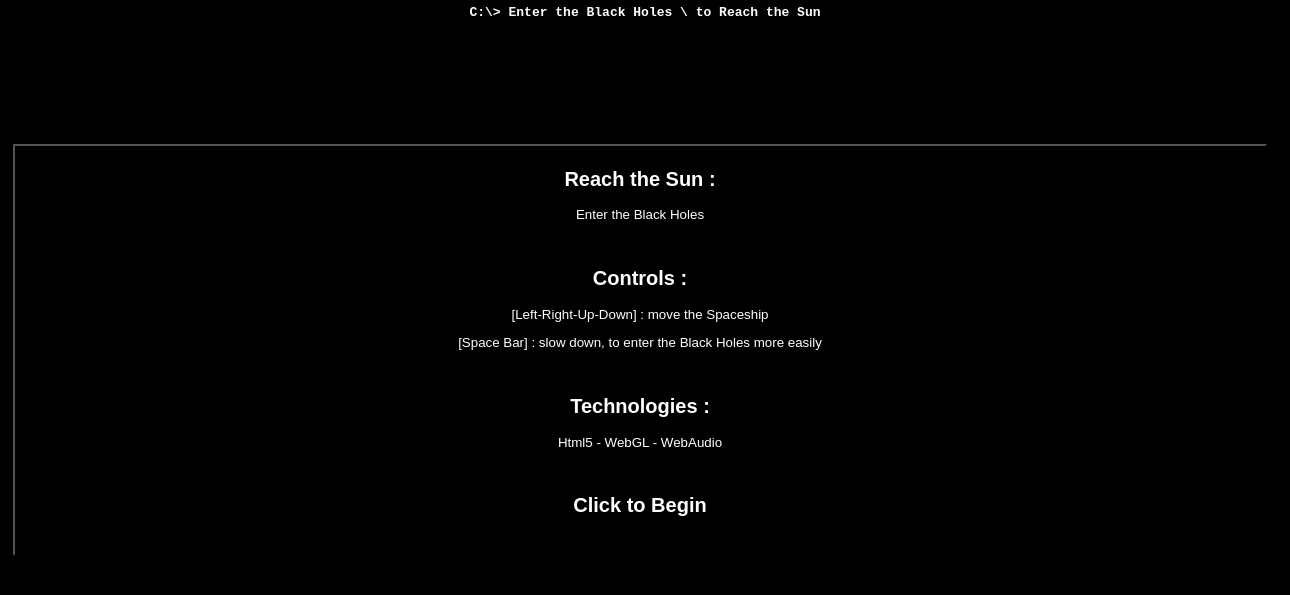
Repository: SwannLV/reach-the-sun
Page: Index.html
The author's editor kept a record of every edit. The page is drawn from the files as they stood at one moment, then again after the next edit.
The browser window is 1280 px wide. The page is 1290 px wide, so the pictures cover 1290 px, including what lies to the right of the window. The pictures show the whole page.
Some web libraries are served in a nearby version.

Above is the page before.
Console error: ReferenceError: THREE is not defined

### Index.html
<!DOCTYPE html>
<html lang="en">

    <head>
        <title>SwannLV</title>
        <meta charset="utf-8">
        <meta name="viewport" content="width=device-width, user-scalable=no, minimum-scale=1.0, maximum-scale=1.0">
        <style>
            body {
                color: #ffffff;
                font-family:Monospace;
                font-size:13px;
                text-align:center;
                font-weight: bold;
                background-color: #000000;
                margin: 0px;
                overflow: hidden;
            }
            #info {
                position: absolute;
                top: 0px;
                width: 100%;
                padding: 5px;
            }
            #start {
                position: absolute;
                top: 20%;
                left: 1%;
                width: 98%;
                padding: 5px;
            }
            #end {
                position: absolute;
                top: 50%;
                left: 0%;
                width: 100%;
                height: 20%;
                padding: 5px;
                display: none;
            }
            #infoMusic {
                position: absolute;
                bottom: 0px;
                right: 5px;
                padding: 5px;
            }
            #ongoing
            {
                position: absolute;
                top: 0px;
                right: 5px;
                padding: 5px;
                color: #ff0000;
            }
            a {
                color: #ffffff;
            }
        </style>
        <script type="text/javascript">
          var _gaq = _gaq || [];
          _gaq.push(['_setAccount', 'UA-36066678-1']);
          _gaq.push(['_trackPageview']);
          (function() {
            var ga = document.createElement('script'); ga.type = 'text/javascript'; ga.async = true;
            ga.src = ('https:' == document.location.protocol ? 'https://ssl' : 'http://www') + '.google-analytics.com/ga.js';
            var s = document.getElementsByTagName('script')[0]; s.parentNode.insertBefore(ga, s);
          })();
        </script>
        <script src="//ajax.googleapis.com/ajax/libs/jquery/1.8.3/jquery.min.js"></script>
    </head>

    <body>
        <div id="container"></div>
        <div id="info">
            C:\> Enter the Black Holes \ to Reach the Sun
        </div>

        <button id="start" style="background-color:black; color:white;">
            <h2>Reach the Sun :</h2>
            <p>Enter the Black Holes</p><br/>
            <h2>Controls :</h2>
            <p>[Left-Right-Up-Down] : move the Spaceship</p>
            <p>[Space Bar] : slow down, to enter the Black Holes more easily</p><br/>
            <h2>Technologies :</h2>
            <p>Html5 - WebGL - WebAudio</p><br/>
            <h2>Click to Begin</h2>
            <br/>
        </button>
        <button id="end" style="background-color:black; color:white;">C:\> GAME OVER</button>

        <!--<div id="ongoing">-->
        <!--    <h3>Ongoing project</h3>-->
        <!--</div>-->
        <!--<div id="infoMusic">-->
        <!--    Music | Boris Banzo-->
        <!--</div>-->


        <script src="libs/three.min.js"></script>
        <script src='libs/THREEx.KeyboardState.js'></script>
        <script src="libs/shaders/ConvolutionShader.js"></script>
        <script src="libs/shaders/CopyShader.js"></script>
        <script src="libs/shaders/FilmShader.js"></script>
        <script src="libs/postprocessing/EffectComposer.js"></script>
        <script src="libs/postprocessing/ShaderPass.js"></script>
        <script src="libs/postprocessing/MaskPass.js"></script>
        <script src="libs/postprocessing/RenderPass.js"></script>
        <script src="libs/postprocessing/BloomPass.js"></script>
        <script src="libs/postprocessing/FilmPass.js"></script>
        <script src="libs/ImprovedNoise.js"></script>
        <script src="libs/Visualiser.js"></script>
        <script src="libs/Detector.js"></script>
        <script src="libs/stats.min.js"></script>
        <script src="libs/buffer-loader.js"></script>

        <script id="sunFragmentShader" type="x-shader/x-fragment">
            uniform float time;
            uniform vec2 resolution;
            uniform float fogDensity;
            uniform vec3 fogColor;
            uniform sampler2D texture1;
            uniform sampler2D texture2;
            varying vec2 vUv;

            void main(void) {
                vec2 position = -1.0 + 2.0 * vUv;
                vec4 noise = texture2D(texture1, vUv);
                vec2 T1 = vUv + vec2(1.5, - 1.5) * time * 0.02;
                vec2 T2 = vUv + vec2(-0.5, 2.0) * time * 0.01;

                T1.x += noise.x * 2.0;
                T1.y += noise.y * 2.0;
                T2.x -= noise.y * 0.2;
                T2.y += noise.z * 0.2;
                float p = texture2D(texture1, T1 * 2.0).a;
                vec4 color = texture2D(texture2, T2 * 2.0);
                vec4 temp = color * (vec4(p, p, p, p) * 2.0) + (color * color - 0.1);
                if (temp.r > 1.0) {
                    temp.bg += clamp(temp.r - 2.0, 0.0, 100.0);
                }
                if (temp.g > 1.0) {
                    temp.rb += temp.g - 1.0;
                }
                if (temp.b > 1.0) {
                    temp.rg += temp.b - 1.0;
                }
                gl_FragColor = temp;
                float depth = gl_FragCoord.z / gl_FragCoord.w;
                const float LOG2 = 1.442695;
                float fogFactor = exp2(-fogDensity * fogDensity * depth * depth * LOG2);
                fogFactor = 0.001; //1.0 - clamp( fogFactor, 0.0, 1.0 );
                gl_FragColor = mix(gl_FragColor, vec4(fogColor, gl_FragColor.w), fogFactor);
            }
        </script>

        <script id="sunVertexShader" type="x-shader/x-vertex">
            uniform vec2 uvScale;
            varying vec2 vUv;

            void main() {
                vUv = uvScale * uv;
                vec4 mvPosition = modelViewMatrix * vec4(position, 1.0);
                gl_Position = projectionMatrix * mvPosition;
            }
        </script>

        <script src="Game.js"></script>
    </body>

</html>

### libs/postprocessing/EffectComposer.js
/**
 * @author alteredq / http://alteredqualia.com/
 */

THREE.EffectComposer = function ( renderer, renderTarget ) {

    this.renderer = renderer;

	this.renderTarget1 = renderTarget;

	if ( this.renderTarget1 === undefined ) {

		var width = window.innerWidth || 1;
		var height = window.innerHeight || 1;

		this.renderTargetParameters = { minFilter: THREE.LinearFilter, magFilter: THREE.LinearFilter, format: THREE.RGBFormat, stencilBuffer: false };
		this.renderTarget1 = new THREE.WebGLRenderTarget( width, height, this.renderTargetParameters );

	}

	this.renderTarget2 = this.renderTarget1.clone();

	this.writeBuffer = this.renderTarget1;
	this.readBuffer = this.renderTarget2;

	this.passes = [];

	if ( THREE.CopyShader === undefined )
		console.error( "THREE.EffectComposer relies on THREE.CopyShader" );

	this.copyPass = new THREE.ShaderPass( THREE.CopyShader );

};

THREE.EffectComposer.prototype = {

	swapBuffers: function() {

		var tmp = this.readBuffer;
		this.readBuffer = this.writeBuffer;
		this.writeBuffer = tmp;

	},

	addPass: function ( pass ) {

		this.passes.push( pass );

	},

	render: function ( delta ) {

		this.writeBuffer = this.renderTarget1;
		this.readBuffer = this.renderTarget2;

		var maskActive = false;

		var pass, i, il = this.passes.length;

		for ( i = 0; i < il; i ++ ) {

			pass = this.passes[ i ];

			if ( !pass.enabled ) continue;

			pass.render( this.renderer, this.writeBuffer, this.readBuffer, delta, maskActive );

			if ( pass.needsSwap ) {

				if ( maskActive ) {

					var context = this.renderer.context;

					context.stencilFunc( context.NOTEQUAL, 1, 0xffffffff );

					this.copyPass.render( this.renderer, this.writeBuffer, this.readBuffer, delta );

					context.stencilFunc( context.EQUAL, 1, 0xffffffff );

				}

				this.swapBuffers();

			}

			if ( pass instanceof THREE.MaskPass ) {

				maskActive = true;

			} else if ( pass instanceof THREE.ClearMaskPass ) {

				maskActive = false;

			}

		}

	},

	reset: function ( renderTarget ) {

		this.renderTarget1 = renderTarget;

		if ( this.renderTarget1 === undefined ) {

			this.renderTarget1 = new THREE.WebGLRenderTarget( window.innerWidth, window.innerHeight, this.renderTargetParameters );

		}

		this.renderTarget2 = this.renderTarget1.clone();

		this.writeBuffer = this.renderTarget1;
		this.readBuffer = this.renderTarget2;

	}

};

// shared ortho camera

THREE.EffectComposer.camera = new THREE.OrthographicCamera( -1, 1, 1, -1, 0, 1 );

THREE.EffectComposer.quad = new THREE.Mesh( new THREE.PlaneGeometry( 2, 2 ), null );

THREE.EffectComposer.scene = new THREE.Scene();
THREE.EffectComposer.scene.add( THREE.EffectComposer.quad );

Loaded but not shown: libs/THREEx.KeyboardState.js (library); Game.js (710 lines, source omitted); libs/three.min.js (empty); libs/shaders/ConvolutionShader.js (empty); libs/shaders/CopyShader.js (empty); libs/shaders/FilmShader.js (empty); libs/postprocessing/ShaderPass.js (empty); libs/postprocessing/MaskPass.js (empty); libs/postprocessing/RenderPass.js (empty); libs/postprocessing/BloomPass.js (empty); libs/postprocessing/FilmPass.js (empty); libs/ImprovedNoise.js (empty); libs/Visualiser.js (empty); libs/Detector.js (empty); libs/stats.min.js (empty); libs/buffer-loader.js (empty)

After the next edit:
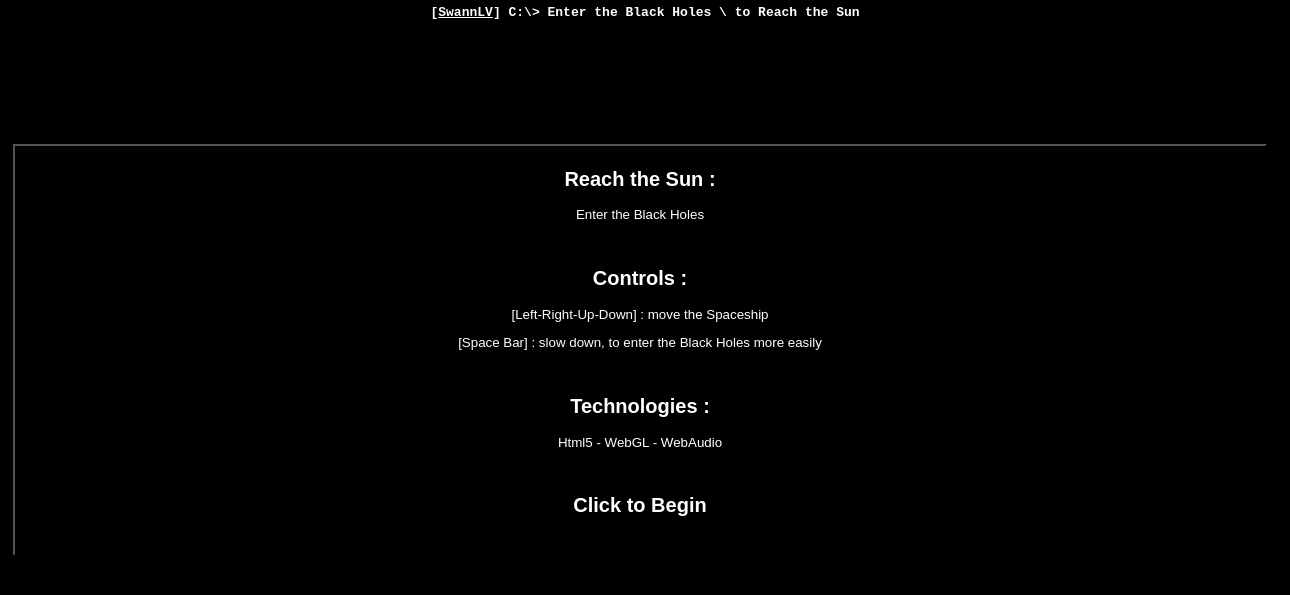
The edit:
--- a/Index.html
+++ b/Index.html
@@ -72,7 +72,7 @@
     <body>
         <div id="container"></div>
         <div id="info">
-            C:\> Enter the Black Holes \ to Reach the Sun
+            [<a href="http://ca.linkedin.com/in/swannlv" target="_blank">SwannLV</a>] C:\> Enter the Black Holes \ to Reach the Sun
         </div>
 
         <button id="start" style="background-color:black; color:white;">
